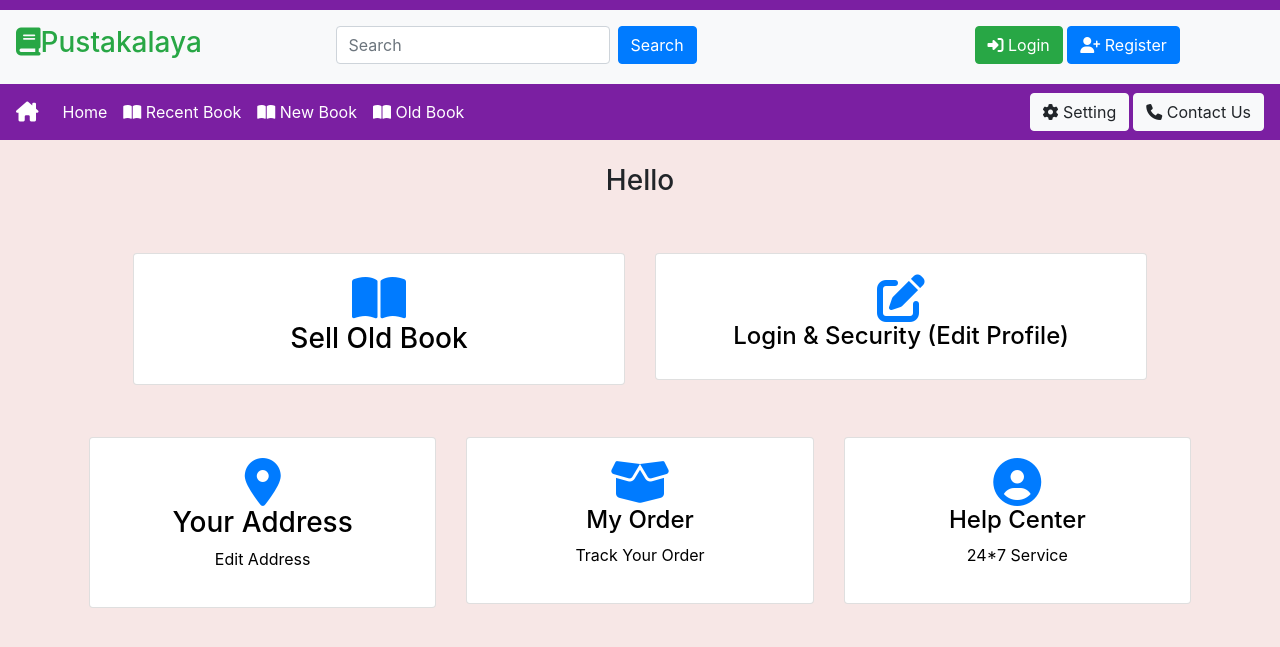
Repository: kalaprabhakar/Pustakalay_Web_Application
Page: http://localhost/E_Book_Management/setting.jsp
The author's editor kept a copy of each file at every save. The page is drawn from the files as they stood at one save, then again after the next save.
The browser window is 1280 px wide. The pictures show the whole page.
Some web libraries are served in a nearby version. The page is served by Tomcat 10.

Above is the page before, as saved 2024-02-28 13:57:39.

After the next save:
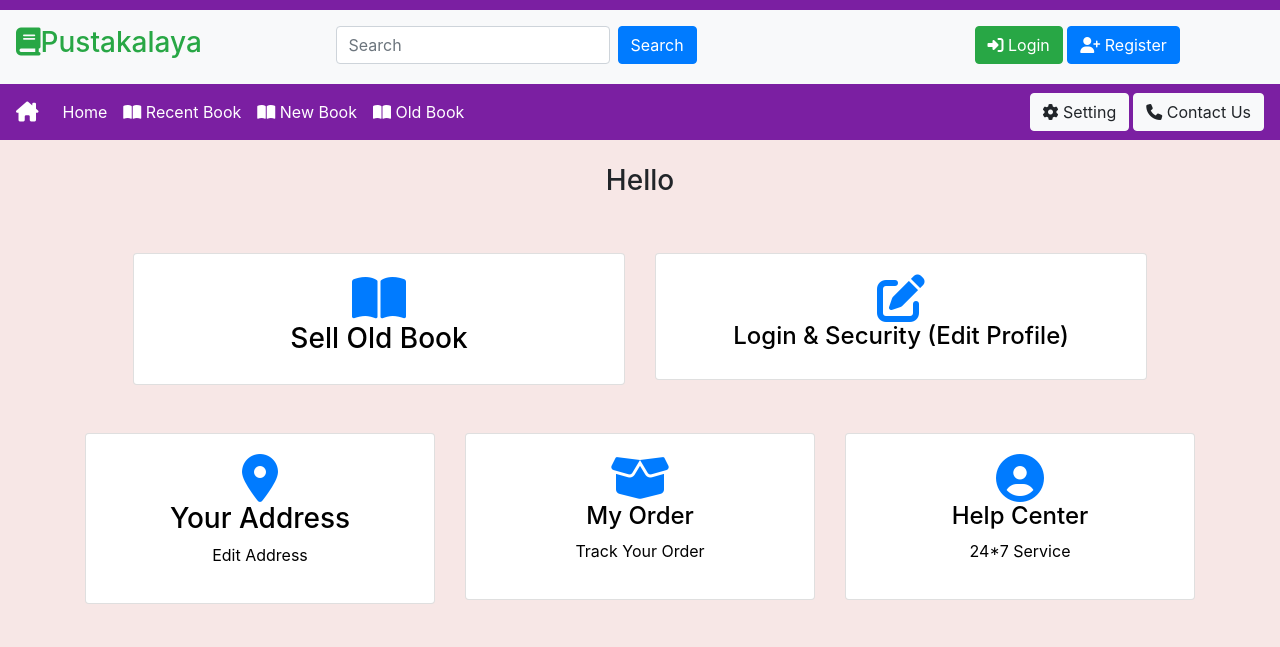
Saved 11 s later.
--- a/E_Book_Management/src/main/webapp/setting.jsp
+++ b/E_Book_Management/src/main/webapp/setting.jsp
@@ -59,7 +59,7 @@ a:hover {
 
 		</div>
 
-		<div class="row p-1">
+		<div class="row">
 
 			<div class="col-md-4">
 
